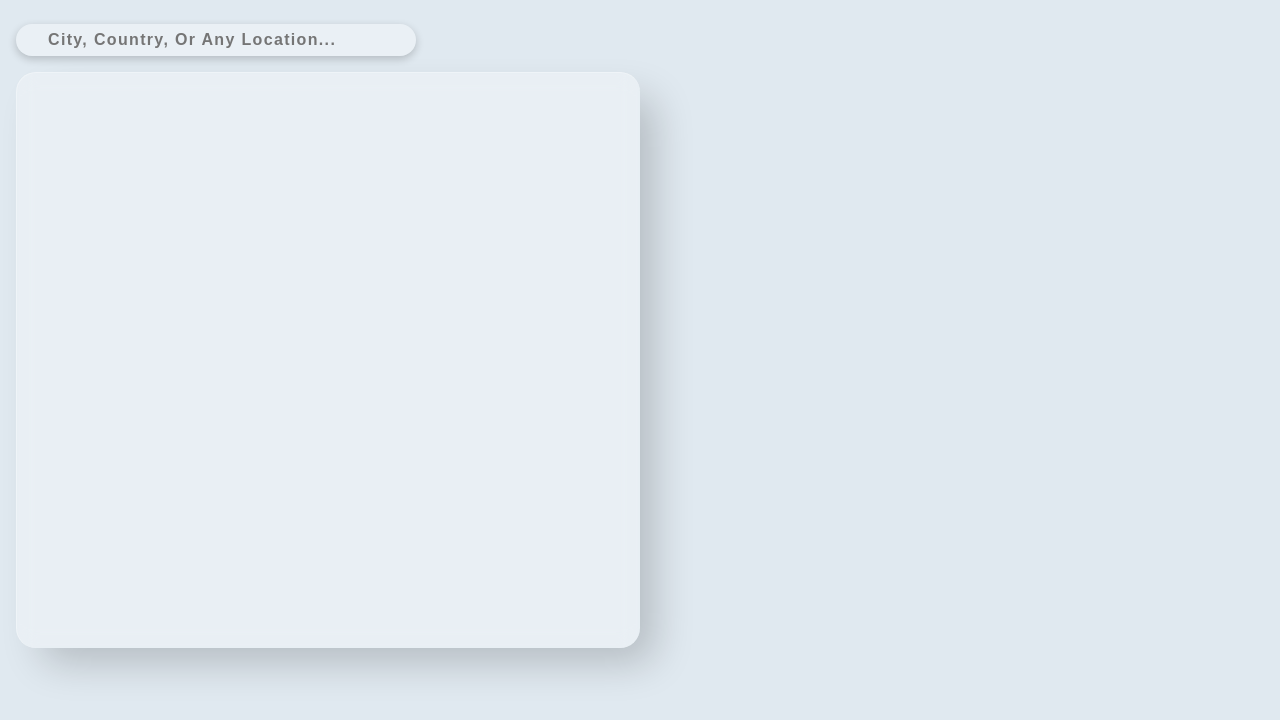
Repository: Haydenleung/weather-app-2024
Page: /
These files come from the project's save history. The page is drawn as it stood at one moment and after the next save; the edit follows.
The browser window is 1280 px wide. The pictures show the whole page.
The project was rebuilt for these pictures with package versions that can differ from the ones it lists, and the page was loaded fresh each time. The framework's server and built-in components were replaced by stand-ins that run in the browser. Also part of the build but not shown: next.config.mjs.

Above is the page before, as saved 2024-02-09 09:25:35.

### src/pages/index.tsx
import Image from "next/image";
import { useState } from 'react';
import { parseString } from 'xml2js';

import Container from "@/components/Container";

export default function Home() {

  const [location, setLocation] = useState();

  var apiKey = "1166e5ad9804e768305a6f5ad6b1e21c"
  // var cityName = "london"
  var currentUrl = `https://api.openweathermap.org/data/2.5/weather?q=${location}&units=metric&appid=${apiKey}`;
  var currentUrlXML = `https://api.openweathermap.org/data/2.5/weather?q=${location}&mode=xml&appid=${apiKey}`;
  var forecasrUrl = `https://api.openweathermap.org/data/2.5/forecast?q=${location}&units=metric&appid=${apiKey}`;

  const [data, setData] = useState<IWeatherProps[]>([]);
  const [date, setDate] = useState<IDateProps[]>([]);
  const [fData, setFData] = useState<IForecastProps[]>([]);


  const GrabInfo = async () => {
    try {
      await fetch(currentUrl)
        .then((res) => {
          if (!res.ok) {
            throw new Error('404 Error');
          }
          return res.json();
        })
        .then((data) => {
          console.log([data]);
          setData([data]);
        });

      await fetch(currentUrlXML)
        .then((res) => {
          if (!res.ok) {
            throw new Error('404 Error');
          }
          return res.text();
        })
        .then((date) => {
          parseString(date, (err: any, result: any) => {
            if (err) {
              throw new Error('404 Error');
            }
            console.log([result]);
            setDate([result]);
          });
        });
      await fetch(forecasrUrl)
        .then((res) => {
          if (!res.ok) {
            throw new Error('404 Error');
          }
          return res.json()
        })
        .then((fData) => {
          console.log([fData]);
          setFData([fData]);
        })
    } catch (error) {
      setData([])
      setDate([])
      setFData([])
    }
  };

  const handleChange = (event: any) => {
    setLocation(event.target.value);
  };

  const onFormSubmit = (e: any) => {
    e.preventDefault();
    GrabInfo()
  }

  return (
    <main className={"container"} >
      <form onSubmit={onFormSubmit} className={"searchForm"}>
        <input type="text" onChange={handleChange} value={location} className={"search"} placeholder={"City, country, or any location..."} />
        <button type="submit" className={"button"} />
      </form>
      <Container data={data} date={date} fData={fData} location={location} />
    </main >
  );
}

### src/styles/globals.css
* {
  font-family: Arial, Helvetica, sans-serif;
}

*,
*:before,
*:after {
  box-sizing: border-box;
}

.container {
  background: #e0e9f0;
  width: 100%;
  height: 100%;
  position: absolute;
  top: 0;
  left: 0;
  padding: 0.5rem 0rem;
  display: flex;
  flex-direction: column;
  background-color: ;
}

.button {
  display: none;
}

.searchForm {
  width: 20rem;
  padding: 1rem 1rem 0 1rem;
}

.search {
  height: 2rem;
  min-width: 25rem;
  border-radius: 99rem;
  border: none;
  padding: 0.3rem 2rem;
  font-size: 12pt;
  font-weight: 600;
  letter-spacing: 1pt;
  box-shadow: 0px 3px 8px rgba(0, 0, 0, 0.2);
  color: rgb(137, 137, 137);
  text-transform: capitalize;
  outline: none;
  background: rgba(255, 255, 255, 0.3);
}

.search:hover {
  transform: translateY(-1px);
}

.weatherContainer {
  flex-grow: 1;
  padding: 1rem;
  display: flex;
  flex-direction: row;
  gap: 1rem;
}

.today {
  display: flex;
  flex-direction: column;
  width: 50%;
  justify-content: center;
  align-items: center;
  background: rgba(255, 255, 255, 0.3);
  padding: 3rem;
  border-radius: 20px;
  border-left: 1px solid rgba(255, 255, 255, 0.3);
  border-top: 1px solid rgba(255, 255, 255, 0.3);
  backdrop-filter: blur(10px);
  box-shadow: 20px 20px 40px -6px rgba(0, 0, 0, 0.2);
  text-align: center;
  position: relative;
  transition: all 0.2s ease-in-out;
  height: 80vh;
}

.temp {
  font-size: 92pt;
  font-weight: 800;
  /* color: white */
}

.main {
  font-size: 32pt;
  font-weight: 600;
  /* color: white; */

}

.subToday {
  display: flex;
  flex-direction: column;
  justify-content: center;
  align-items: center;
}

.forecast {
  display: flex;
  flex-direction: column;
  width: 50%;
  justify-content: center;
  align-items: center;
  border-radius: 20px;
  text-align: center;
  position: relative;
  transition: all 0.2s ease-in-out;
  height: 80vh;
  min-height: 15rem;
  gap: 1rem;
  /* background-color: red; */
}

.subForecast {
  display: flex;
  flex-direction: row;
  width: 100%;
  background: rgba(255, 255, 255, 0.3);
  border-radius: 20px;
  border-left: 1px solid rgba(255, 255, 255, 0.3);
  border-top: 1px solid rgba(255, 255, 255, 0.3);
  backdrop-filter: blur(10px);
  box-shadow: 20px 20px 40px -6px rgba(0, 0, 0, 0.2);
  text-align: center;
  position: relative;
  transition: all 0.2s ease-in-out;
  flex-grow: 1;
}

### src/components/Container/index.tsx

import { useState, useEffect } from 'react';

export default function Container(
    props: { data: IWeatherProps[], date: IDateProps[], fData: IForecastProps[], location: any }
) {

    // const [currentTemp, setCurrentTemp] = useState<number>();
    // const [currentWind, setcurrentWind] = useState<number>();
    // const [currentDate, setcurrentDate] = useState<string>();
    // const [currentMain, setcurrentMain] = useState<string>();
    // const [forcastTemp, setForcastTemp] = useState<number[]>([]);

    const [currentDate, setcurrentDate] = useState<string>();


    const formatDate = (tempDate: string) => {
        tempDate = tempDate?.substring(0, tempDate.search("T"));
        var day = new Date(Date.parse(tempDate)).getDate() + 1;
        var month = new Date(Date.parse(tempDate)).toLocaleString('default', { month: 'long' });
        var year = new Date(Date.parse(tempDate)).getFullYear();
        return (month + " " + day + ", " + year)
    }

    const formatDate2 = (tempDate: string) => {
        var day = new Date(Date.parse(tempDate)).getDate();
        var month = new Date(Date.parse(tempDate)).toLocaleString('default', { month: 'short' });
        var year = new Date(Date.parse(tempDate)).getFullYear();
        return (month + " " + day + ", " + year)
    }

    useEffect(() => {
        // Find Date
        // props.date && props.date.map((item: IDateProps) => {
        //     var tempDate = item.current.lastupdate[0].$.value;
        //     tempDate = tempDate?.substring(0, tempDate.search("T"))
        //     setcurrentDate(tempDate)
        // })

        // // Find Current Weather
        // props.data && props.data.map((item: IWeatherProps) => {
        //     // setCurrentTemp(item.main.temp)
        //     // setcurrentWind(item.wind.speed)
        //     // item.weather && item.weather.map((single: IWeatherSingleProps) => {
        //     //     setcurrentMain(single.main)
        //     // })
        // })

        // setForcastTemp([])
        // props.fData && props.fData.map((item: IForecastProps) => {
        //     item.list && item.list.map((single: IForecastListProps) => {
        //         setForcastTemp([...forcastTemp, single.main.temp])
        //         console.log(forcastTemp)
        //         single.wind.speed
        //         single.dt_txt
        //         single.weather && single.weather.map((second: IForecastWeatherProps) => {
        //             { second.main }
        //         })
        //     })

        // })
    })


    return (
        <div className={"weatherContainer"}>
            <div className={"today"}>
                {
                    props.date && props.date.map((item: IDateProps, index: number) => {
                        return (
                            <div key={index} style={{ margin: '15px' }}>
                                {
                                    item.current.lastupdate && item.current.lastupdate.map((single: IDateExactProps, indexTwo: number) => {
                                        return (
                                            <div key={indexTwo} >
                                                {formatDate(single.$.value)}
                                            </div>
                                        )
                                    })
                                }
                            </div>
                        )
                    })
                }
                {
                    props.data && props.data.map((item: IWeatherProps, index: number) => {
                        return (
                            <div key={index} className={"subToday"}>
                                < div className={"temp"} > {item.main.temp.toFixed(1)}°C</div>
                                {
                                    item.weather && item.weather.map((single: IWeatherSingleProps, indexTwo: number) => {
                                        return (
                                            <div key={indexTwo} className={"main"}>
                                                {single.main}
                                            </div>
                                        )
                                    })
                                }
                                <div>{item.wind.speed} m/s</div>
                            </div>
                        )
                    })
                }
            </div >

            {
                props.fData && props.fData.map((item: IForecastProps, index: number) => {
                    return (
                        <div key={index} className={"forecast"}>
                            {
                                item.list && item.list.map((single: IForecastListProps, indexTwo: number) => {
                                    return (
                                        single.dt_txt.search("00:00:00") > 0 &&
                                        (<div key={indexTwo} className={"subForecast"}>
                                            {single.main.temp.toFixed(1)}<br />
                                            {single.wind.speed}<br />
                                            {formatDate2(single.dt_txt)}
                                            {
                                                single.weather && single.weather.map((second: IForecastWeatherProps, indexThree: number) => {
                                                    return (
                                                        <div key={indexThree} >
                                                            {second.main}
                                                            {second.description}
                                                        </div>
                                                    )
                                                })
                                            }
                                        </div>)
                                    )
                                })
                            }
                        </div>
                    )
                })
            }


        </div >
    )
}

Loaded but not shown: src/pages/_app.tsx (common file); src/pages/_document.tsx (common file)

After the next save:
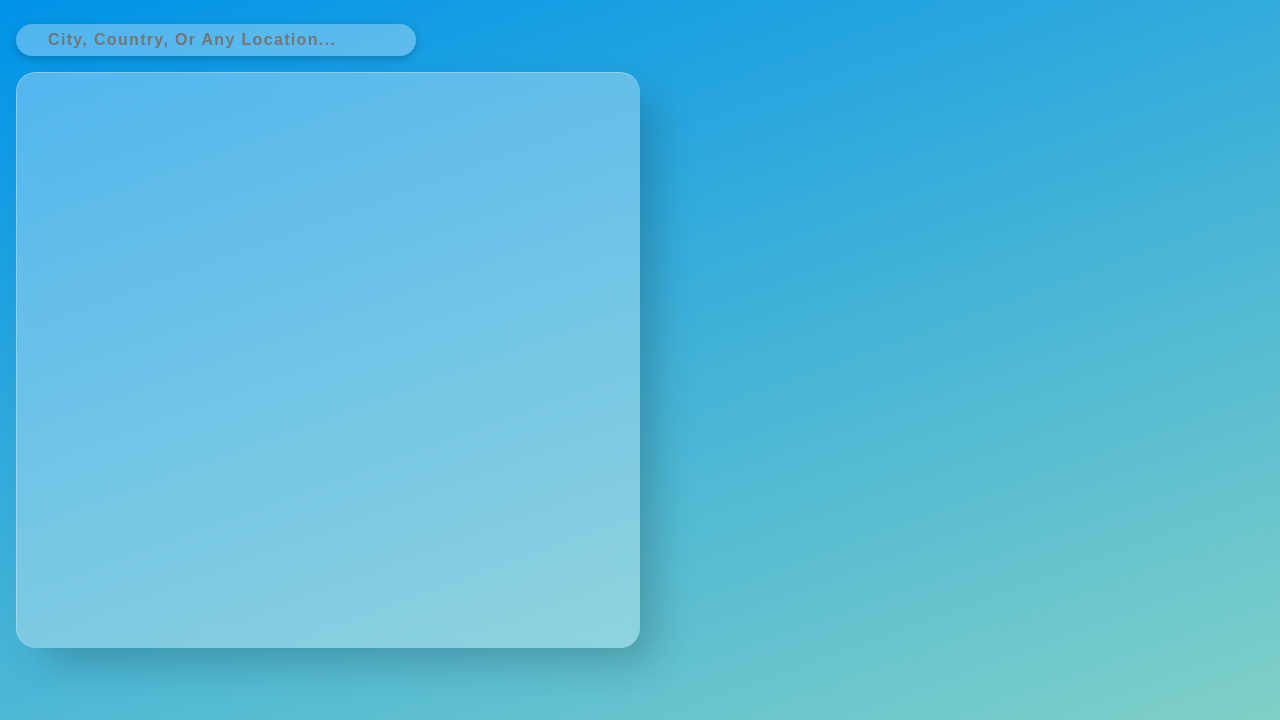
Saved 8 s later.
--- a/src/styles/globals.css
+++ b/src/styles/globals.css
@@ -18,7 +18,8 @@
   padding: 0.5rem 0rem;
   display: flex;
   flex-direction: column;
-  background-color: ;
+  background-color: #0093E9;
+  background-image: linear-gradient(160deg, #0093E9 0%, #80D0C7 100%);
 }
 
 .button {
